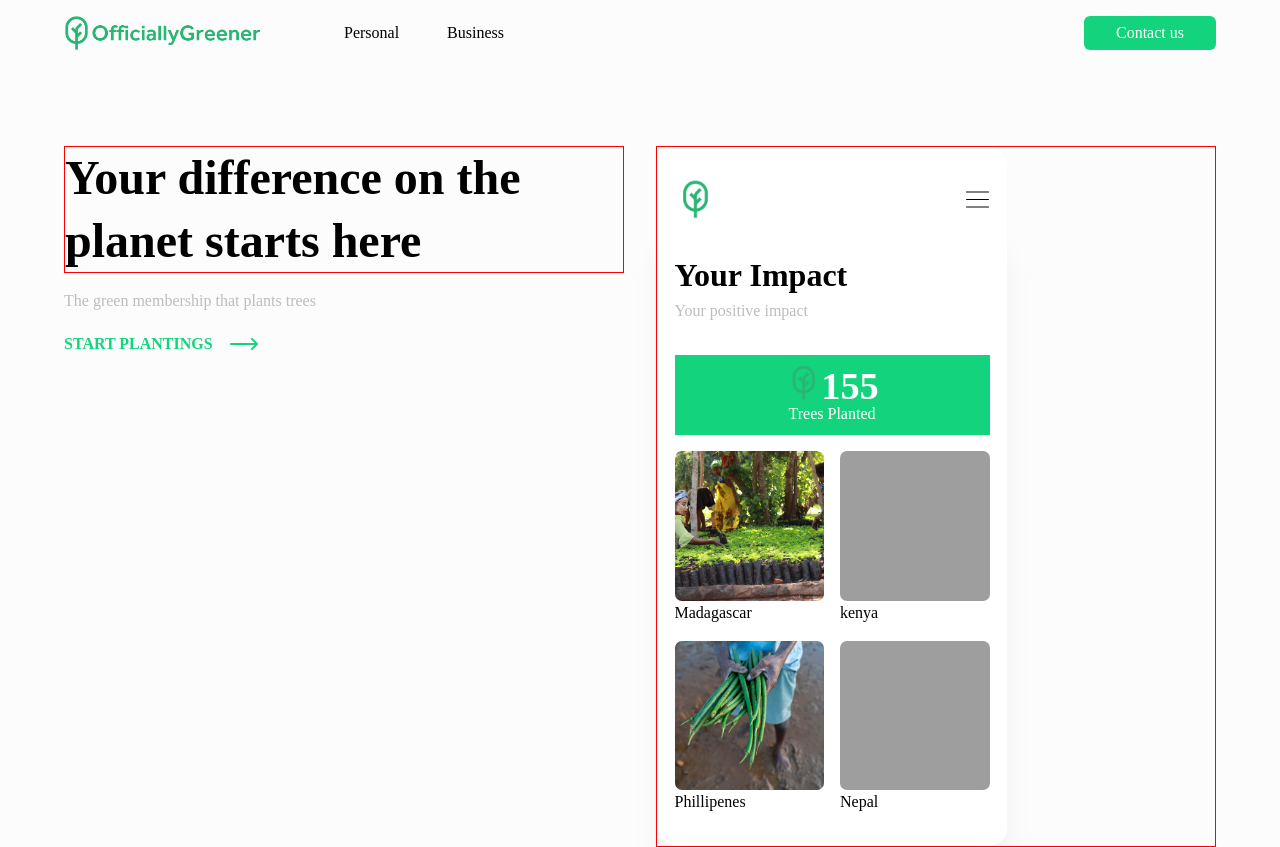
Repository: Sinkycode/Officially-Greener
Page: index.html
An editor plug-in stored every save of this project. The page is shown before and after the next save, followed by the edit.
The browser window is 1280 px wide. The pictures show the whole page.
Pictures or frames that could not be fetched are drawn as grey boxes.

Above is the page before, as saved 2023-03-07 23:19:04.

After the next save:
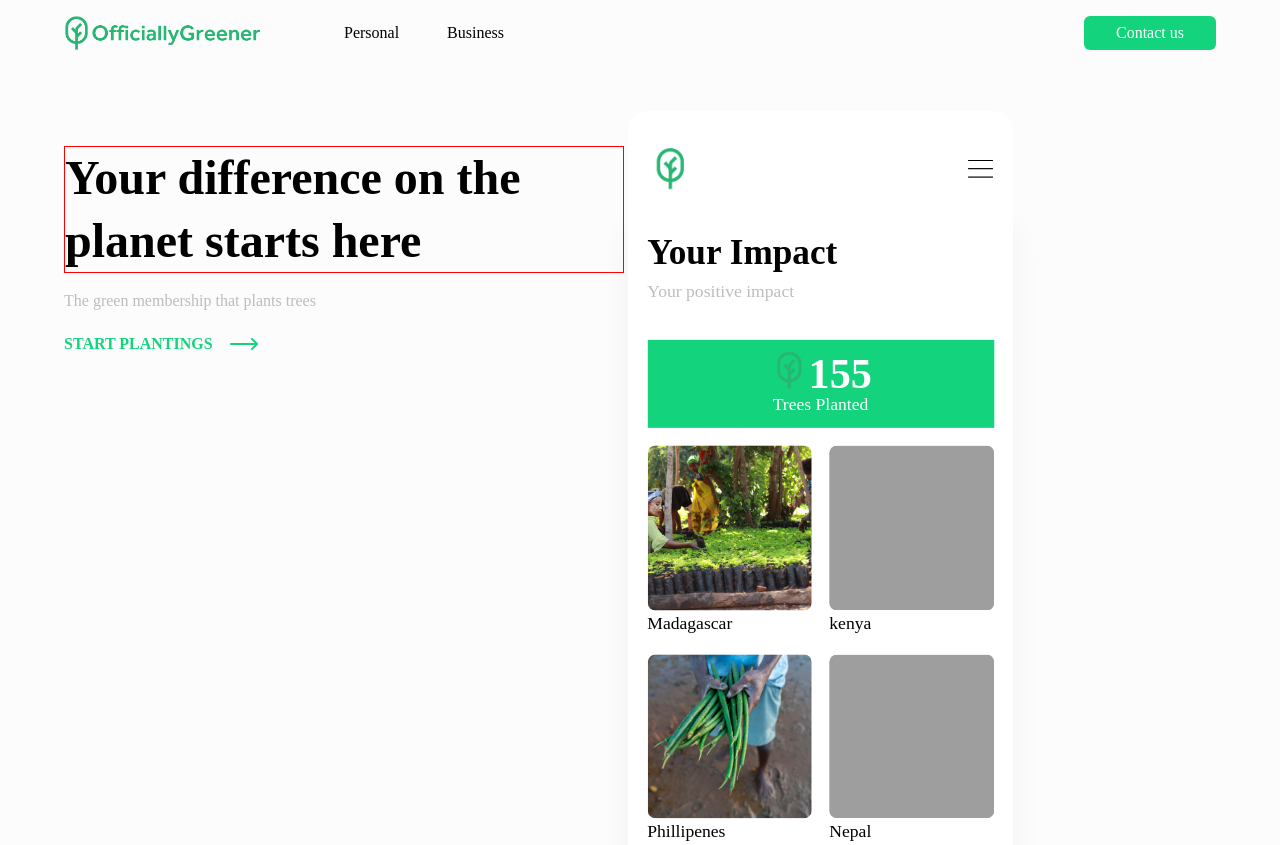
Saved 12 s later.
--- a/style.css
+++ b/style.css
@@ -120,7 +120,7 @@
 /* Mockup */
 
 .mockup {
-  border: 1px solid red;
+  transform: scale(1.1)
 }
 
 .phone {
